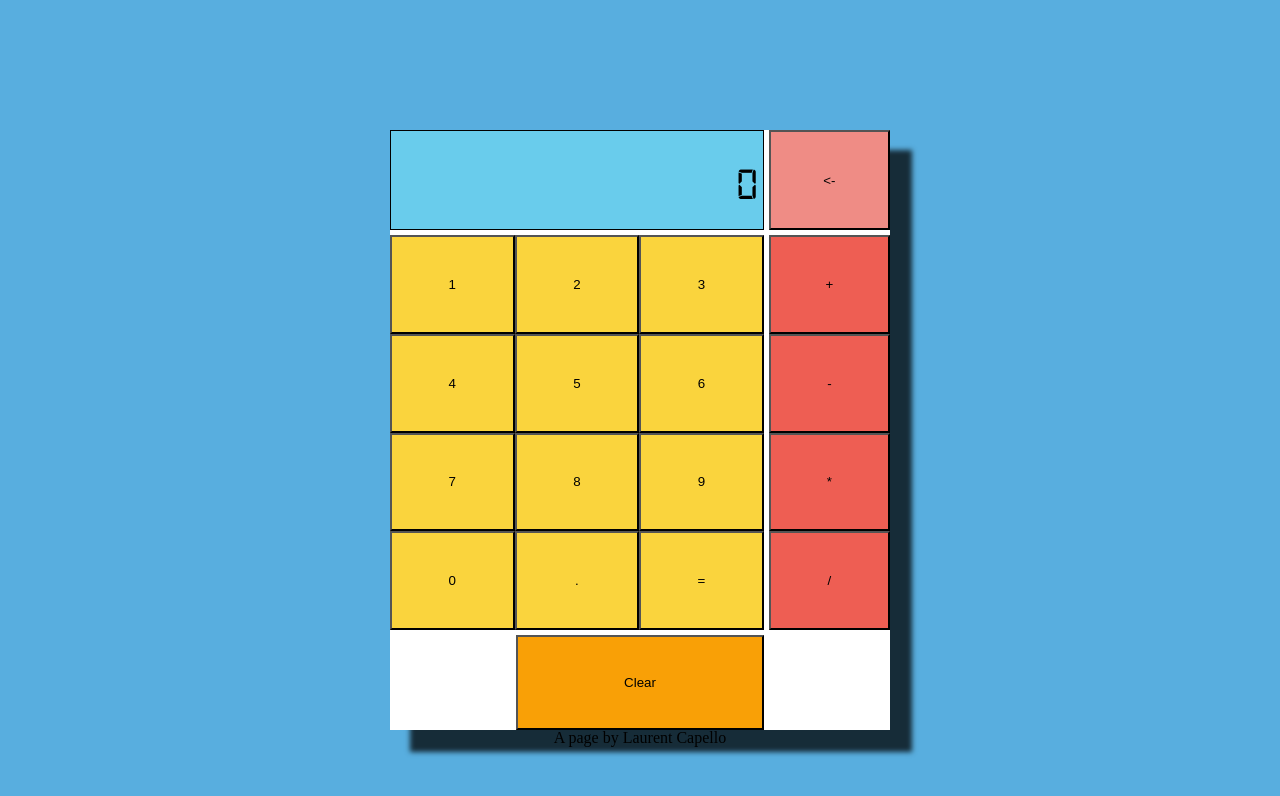
Repository: sokafootball/js-calculator
Page: index.html
The author's editor kept a copy of each file at every save. The page is drawn from the files as they stood at one save, then again after the next save.
The browser window is 1280 px wide. The pictures show the whole page.

Above is the page before, as saved 2020-05-06 19:48:19.

### index.html
<html>
<head>
  <title>Javascript Calculator - By Laurent Capello</title>
  <link rel="stylesheet" type="text/css" href="reset.css">
  <link rel="stylesheet" type="text/css" href="style.css">
  <!--<link rel="stylesheet" type="text/css" href="wireframe.css">-->
  <link href="https://fonts.googleapis.com/css2?family=Barlow:wght@300&display=swap" rel="stylesheet">
</head>
<body>
<main id="main">
  <div id="calculator">
    <p id="display">0</p>
    <button id="backspace" class="button"><-</button>
    <div id="numpad">
      <button class="button num-button">1</button>
      <button class="button num-button">2</button>
      <button class="button num-button">3</button>
      <button class="button num-button">4</button>
      <button class="button num-button">5</button>
      <button class="button num-button">6</button>
      <button class="button num-button">7</button>
      <button class="button num-button">8</button>
      <button class="button num-button">9</button>
      <button class="button num-button">0</button>
      <button id="decimal-button" class="button">.</button>
      <button id="equal-button" class="button">=</button>
    </div>
    <div id="operators">
      <button class="button operation-button">+</button>
      <button class="button operation-button">-</button>
      <button class="button operation-button">*</button>
      <button class="button operation-button">/</button>
    </div>
    <button id="clear-button" class="button">Clear</button>
  </div>
</main>
<footer id="footer">
  <p>A page by <span id="signature">Laurent Capello</span></p>
</footer>
<div id="hidden-element" class="display-full" style="display: none"></div>
<script type="text/javascript" src="script.js"></script>
</body>
</html>

### style.css
@font-face {
  font-family: "calcFont";
  src: url("./fonts/digital-7/digital-7.ttf");
  }

body{
  align-items: center;
  background-color: hsl(202, 68%, 61%);
  display: flex;
  flex-direction: column;
  justify-content: space-between;
}

.display-full{
  animation-name: display-full;
  animation-duration: 0.3s;
}

#numpad button{
  background-color: hsl(48, 95%, 61%);
}

#backspace{
  background-color: hsl(4, 77%, 73%);
  grid-area: backspace;
}

#calculator{
  background-color: white;
  box-shadow: 21px 21px 5px 1px rgba(0,0,0,0.75);
}

#calc-top{
  margin-bottom: 40px;
}

#clear-button{
  background-color: hsl(38, 95%, 50%);
  grid-area: clear;
}

#display{
  background-color: hsl(195, 78%, 67%);
  border: 1px solid black;
  font-family: 'calcFont', sans-serif;
  font-size: 45px;
  grid-area: display;
  line-height: 95px;
  padding-right: 5px;
  text-align: right;
  vertical-align: middle;
}

#calculator{
  display: grid;
  gap: 5px 5px;
  grid-template-areas:
    "display display display backspace"
    "numpad numpad numpad operators"
    "numpad numpad numpad operators"
    "numpad numpad numpad operators"
    "numpad numpad numpad operators"
    ". clear clear .";
  grid-template-columns: repeat(4, 1fr);
  grid-template-rows: 100px repeat(5, 1fr); /*first row is fixed to stop the border animation from taking space from other rows*/
  height: 600px;
  margin-top: 130px;
  width: 500px;
}

#footer{
  margin-bottom: 50px;
}

#numpad{
  display: grid;
  grid-area: numpad;
  grid-template-columns: repeat(3, 1fr);
  grid-template-rows: repeat(4, 1fr);
}

#operators{
  display: flex;
  flex-direction: column;
  justify-content: space-evenly;
  grid-area: operators;
}

#operators button{
  background-color: hsl(4, 82%, 63%);
  flex-grow: 1;
}

@keyframes display-full{
  0% {border: 1px solid black;}
  50% {
    border: 2px solid red;
    box-shadow: 0px 0px 6px 1px red;
    line-height: 93px;
    padding-right: 4px;
  }
  100% {border: 1px solid black;}
}

### script.js
/*
CODE BY LAURENT CAPELLO
*/

//#region STARTUP
const MAX_DISPLAY_LENGTH = 14
const MAX_DECIMALS = 3
const EXPONENTIAL_NOTATION_DIGITS = MAX_DISPLAY_LENGTH - 4 //4 digits are reserved for the exponential notation and the dot
let display = document.querySelector(`#display`)
let overwriteIsOn = true
let operation = null, operand1 = null, operand2 = null

addFunctionsToBtns()

function addFunctionsToBtns(){
	let numButtons = document.querySelectorAll(`.num-button`)
	numButtons = Array.from(numButtons)
	numButtons.forEach(button => {
		button.addEventListener(`click`, () => pressNumBtn(button.innerText))
	});

	let opButtons = document.querySelectorAll(`.operation-button`)
	opButtons = Array.from(opButtons)
	opButtons.forEach(button => {
		button.addEventListener(`click`, () => pressOperationBtn(button.innerText))
	});

	let equalButton = document.querySelector(`#equal-button`)
	equalButton.addEventListener(`click`, pressEqualBtn)

	let clearButton = document.querySelector(`#clear-button`)
	clearButton.addEventListener(`click`, pressClearBtn)

	let bckSpaceBtn = document.querySelector(`#backspace`)
	bckSpaceBtn.addEventListener(`click`, pressBackspaceBtn)

	let decimalBtn = document.querySelector(`#decimal-button`)
	decimalBtn.addEventListener(`click`, pressDecimalBtn)

	document.onkeydown = (e) => filterKeyPress(e)
}

function filterKeyPress(e){
	console.log(`key pressed`)
	if (e.which <= 105 && e.which >= 96){
		pressNumBtn(Number(e.key))
	} else if (e.which == 106 || e.which == 107 || e.which == 109 || e.which == 111) {
		pressOperationBtn(e.key)
	} else if (e.which == 13){
		pressEqualBtn()
	} else if (e.which == 110){
		pressDecimalBtn()
	} else if (e.which == 8){
		pressBackspaceBtn()
	}
}
//#endregion

//#region SUPPORT FUNCTIONS
function clear(){
	display.innerText = `0`
	operation = null
	operand1 = null
	operand2 = null
	overwriteIsOn = true
}

function displayNumber(num){
	if(num == 0 && display.innerText == `0`) return
  if(overwriteIsOn){
		if(num == `.`){
			display.innerText += num
		}else{
			display.innerText = num
		}
		overwriteIsOn = false
	}else{
		if(display.innerText.length >= MAX_DISPLAY_LENGTH){
			animateDisplay()
			return
		}
		display.innerText += num
	}
}

function displayResult(){
	operand1 = operate(operation, operand1, operand2)
	operand2 = null
	display.innerText = operand1
}

function saveNumber(){
	if(operation == null)
		operand1 =  Number(display.innerText)
	else operand2 =  Number(display.innerText)
}

function saveOperation(operationSign){
	operation = operationSign
	overwriteIsOn = true
}

function truncateDecimals(num){
	if((num % 1).toString().length > MAX_DECIMALS) return Number(num).toFixed(MAX_DECIMALS)
	return num
}

function truncateIntegers(num){
	if(num.toString().length <= MAX_DISPLAY_LENGTH) return num
	return num.toExponential(EXPONENTIAL_NOTATION_DIGITS)
}
//#endregion

//#region BUTTONS FUNCTIONS
function pressBackspaceBtn(){
	//if display length is 1
	if(display.innerText.length == 1){
		display.innerText = `0`
	}else{
		let displayArray = Array.from(display.innerText)
		displayArray.pop()
		display.innerText = displayArray.join(``)
	}
	saveNumber()
}

function pressDecimalBtn(){
	//add dot to the right of the number on display
	if (display.innerText.includes(`.`)) return
	displayNumber(`.`)
	saveNumber()
}

function pressClearBtn(){
	clear()
}

function pressEqualBtn(){
	if(operand1 != null && operand2 != null){
		displayResult()
		operation = null
		overwriteIsOn = true
		operand2 = null
	}else{
		operation = null
		overwriteIsOn = true
		operand2 = null
		display.innerText = operand1 == null ? `0` : operand1
	}
}

function pressNumBtn(num){
	displayNumber(Number(num))
	saveNumber()
}

function pressOperationBtn(operationSign){
	if (operation == null){
		saveOperation(operationSign)
	}else{
		if(operand1 != null && operand2 != null){
			displayResult()
		}
		saveOperation(operationSign)
	}
}
//#endregion

//#region MATH FUNCTIONS
function operate(operation, a, b){
	let result = null
	switch (operation){
		case `+`:
			operation = add
			break
		case `-`:
			operation = subtract
			break;
		case `*`:
			operation = multiply
			break
		case `/`:
			operation = divide
			break;
		default:
			console.log(`invalid operation`)
			return
	}
	result = Number(operation(a,b))
	result = truncateDecimals(result)
	result = truncateIntegers(result)
  return Number(result)
}

function add (...nums) {
	return nums.reduce((total, num) => {
		return total + num
	}, 0)
}

function subtract (...nums) {
	return nums.reduce((total, num) => {
		return total - num
	})
}

function sum (arr) {
	return add(...arr)
}

function divide (...nums){
	if (nums[1] == 0){
		console.log(`you can't divide by 0!`)
		clear()
		return 0
	}
	return nums.reduce((total, num) => total / num
	)
}

function multiply (...nums) {
	return nums.reduce((total, num) => {
		return total * num
	})
}
//#endregion

//#region DISPLAY ANIMATION FUNCTIONS
function convertDuration(durationString){
	let duration = Number(durationString.replace(`s`, ``))
	return duration * 1000
}

function animateDisplay(){
	let animDurationString = getComputedStyle(document.querySelector(`.display-full`)).animationDuration
	const ANIM_DURATION = convertDuration(animDurationString)
	display.classList.remove(`display-full`)
	display.classList.add(`display-full`)
	setTimeout(() => display.classList.remove(`display-full`), ANIM_DURATION);
}
//#endregion

Loaded but not shown: reset.css (common file)

After the next save:
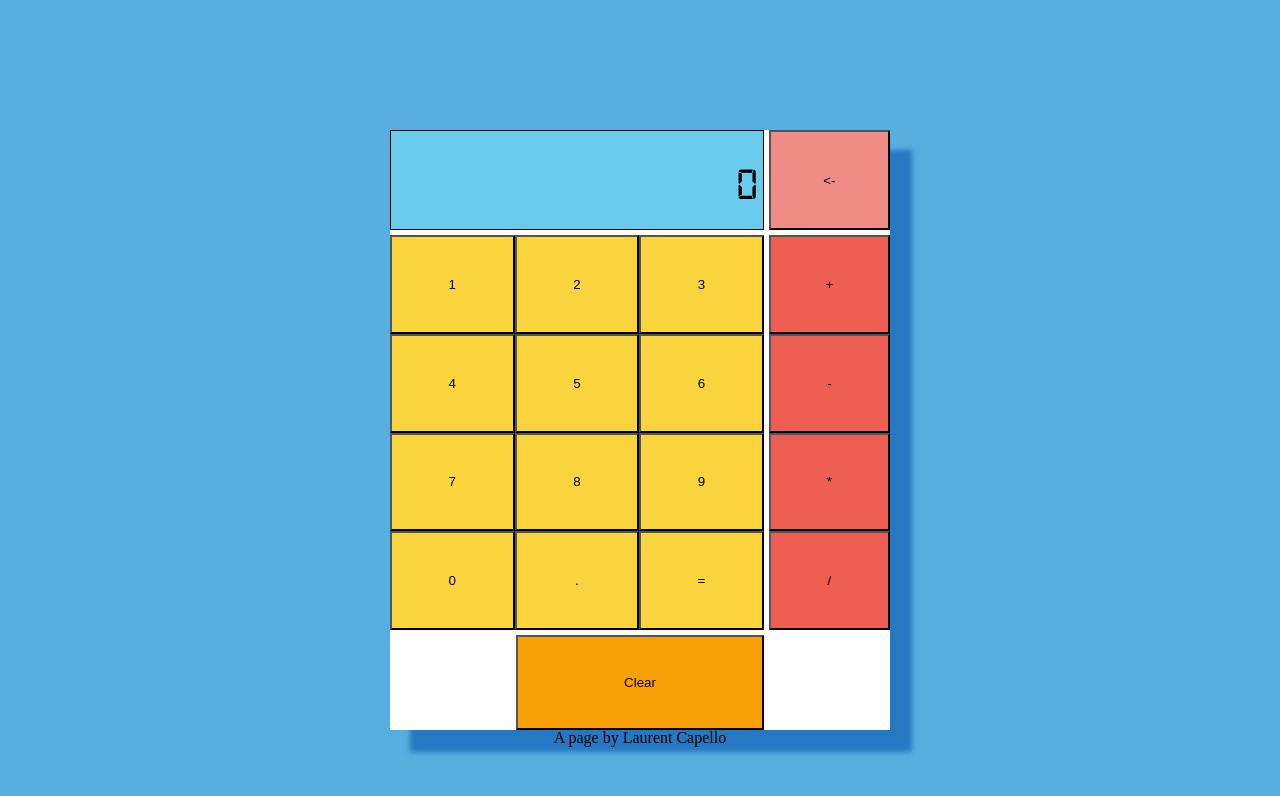
Saved 18 s later.
--- a/style.css
+++ b/style.css
@@ -27,7 +27,7 @@ body{
 
 #calculator{
   background-color: white;
-  box-shadow: 21px 21px 5px 1px rgba(0,0,0,0.75);
+  box-shadow: 21px 21px 5px 1px hsl(208, 68%, 45%);
 }
 
 #calc-top{
